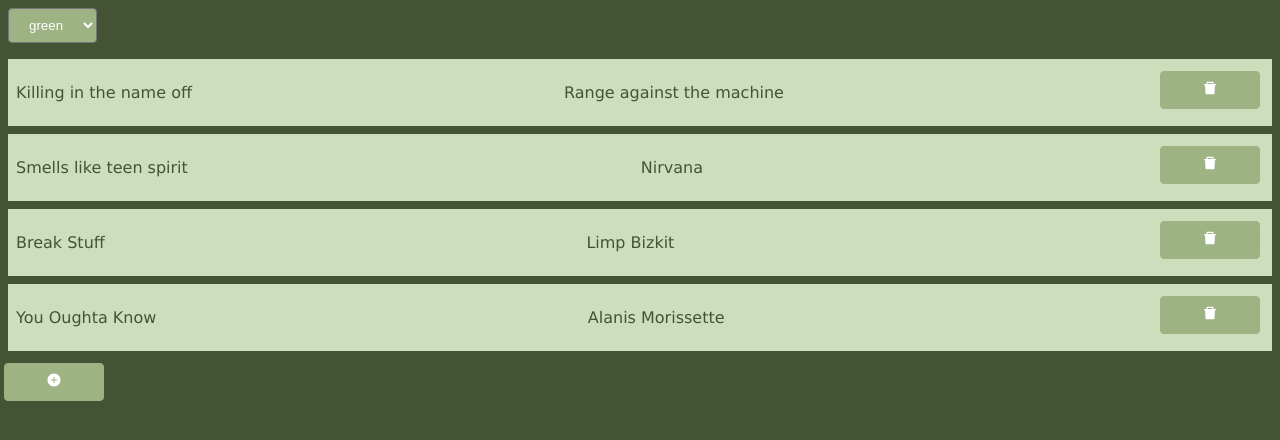
Repository: majakesin/moodify-app
Page: /angry
These files come from the project's save history. The page is drawn as it stood at one moment and after the next save; the edit follows.
The browser window is 1280 px wide. The pictures show the whole page.
The project was rebuilt for these pictures with package versions that can differ from the ones it lists, and the page was loaded fresh each time. Also part of the build but not shown: src/data/moods.js, src/components/Mood/index.jsx, src/pages/ChooseMood/index.module.css, src/pages/ChooseMood/index.jsx.

Above is the page before, as saved 2023-08-23 12:14:08.

After the next save:
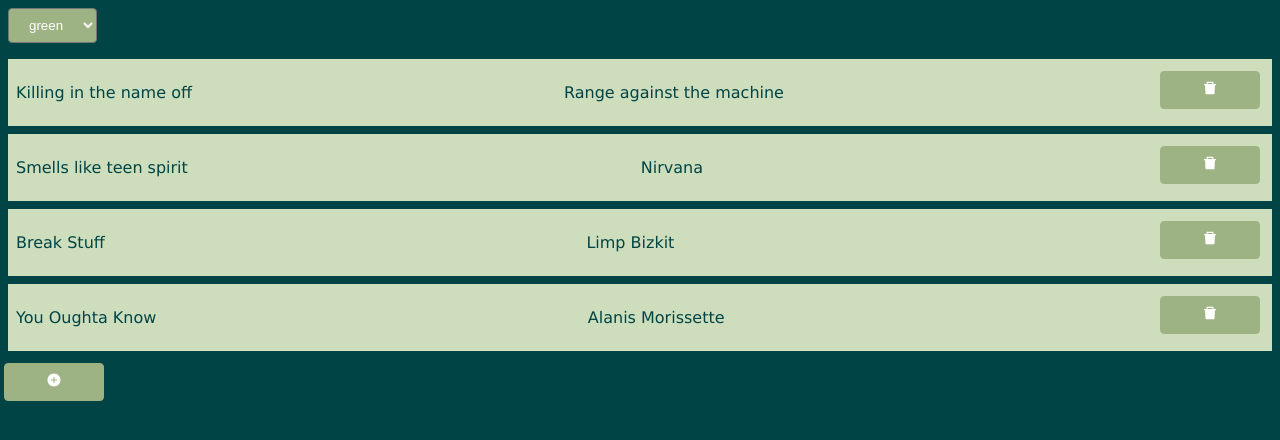
Saved 58 s later.
--- a/src/styles/variables.css
+++ b/src/styles/variables.css
@@ -12,7 +12,7 @@
     --fifth-color: #ffffff;
 }
 :root.green {
-    --first-color: #435334;
+    --first-color: #004445;
     --second-color: #9EB384;
     --third-color: #CEDEBD;
     --fourth-color: #FAF1E4;
